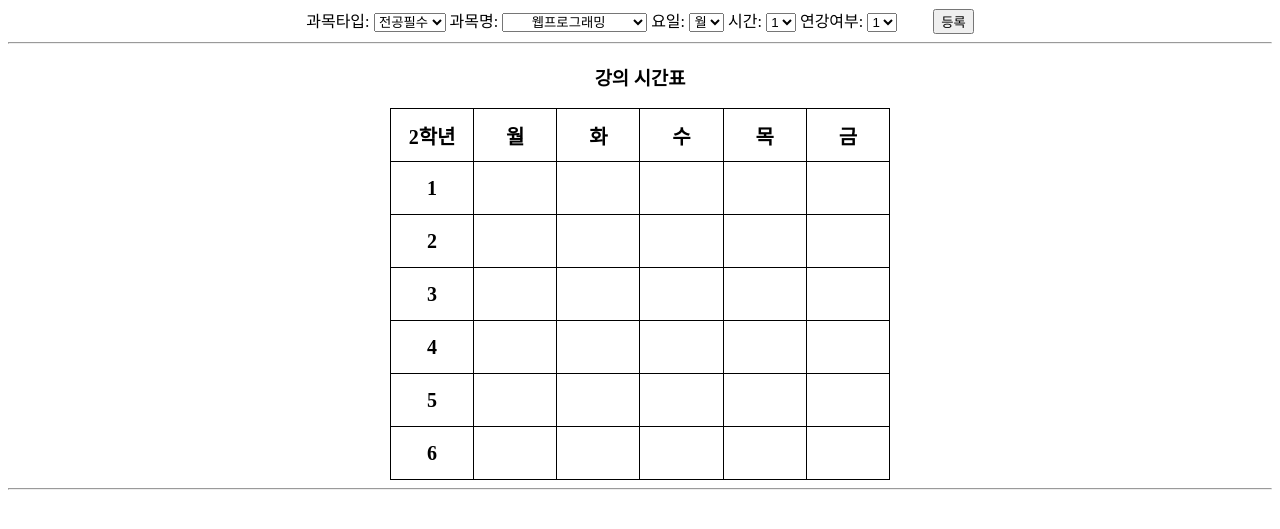
Repository: leecrossun/web-practice-javascript-2019
Page: http://localhost/First_half/Practice47/Practice47.jsp
These files come from the project's save history. The page is drawn as it stood at one moment and after the next save; the edit follows.
The browser window is 1280 px wide. The pictures show the whole page.
The page is served by Tomcat 9. Other server files are loaded and not shown.

Above is the page before, as saved 2019-12-12 06:07:25.

### JSP/First_half/WebContent/Practice47/Practice47.jsp
<!--문헌정보학과 20170581 이효선
         웹브라우저 : 크롬 -->
<%@ page language="java" contentType="text/html; charset=UTF-8"
    pageEncoding="UTF-8" import="jspbook.pr47.*" %>
<% request.setCharacterEncoding("UTF-8"); %>
<%@ page import="java.util.*" %>
<jsp:useBean id="bean" class="jspbook.pr47.LectureBean"/>
<jsp:useBean id="manager" class="jspbook.pr47.LectureManager" scope="session"/>
<jsp:setProperty property="*" name="bean"/>

<!DOCTYPE html>
<html>
<head>
<meta charset="UTF-8">
<title>시간표 작성</title>
<style>
	* {
		text-align: center;
	}
table{
	border-collapse:collapse;
	width:60%;
	height:100px;
	text-align:center;
}
table, td, th{
	border:solid 1px;
	width:500px;
	height:50px;
	font-size:13px;
}
#major {
	background-color: #ffe082;
}
#major_select {
	background-color: #b2ccff;
}
#refinement {
	background-color: #bdbdbd;
}
</style>
</head>
<body>
<form action="Practice47.jsp" method="post">
<%
String[] typeNames = {"전공필수", "전공선택", "교양", "자유선택"};
String[] titleNames = {"웹프로그래밍","운영체제","소프트웨어프로그래밍","데이터베이스개론","자료구조","네트워크","창의와감성","사회봉사"};
String[] days = {"월","화","수","목","금","토"};

int i;
out.println("과목타입: <select name=\"type\">");
for (i=0;i<typeNames.length;i++)
	out.println("<option value="+i+">"+typeNames[i]+"</option>");
out.println("</select>");

out.println("과목명: <select name=\"title\">");
for (i=0;i<titleNames.length;i++)
	out.println("<option value="+i+">"+titleNames[i]+"</option>");
out.println("</select>");

out.println("요일: <select name=\"day\">");
for (i=0;i<days.length;i++)
	out.println("<option value="+i+">"+days[i]+"</option>");
out.println("</select>");

out.println("시간: <select name=\"time\">");
for (i=1;i<7;i++)
	out.println("<option value="+i+">"+i+"</option>");
out.println("</select>");

out.println("연강여부: <select name=\"consecutive\">");
for (i=1;i<7;i++)
	out.println("<option value="+i+">"+i+"</option>");
out.println("</select>");
%>
&nbsp;&nbsp;&nbsp;&nbsp;&nbsp;&nbsp;&nbsp;
<input type="submit" value="등록">
<hr>
</form>
<%
// 파라미터 값 받기

String type = request.getParameter("type");
String title = request.getParameter("title");
String day = request.getParameter("day");
String time = request.getParameter("time");
String consecutives = request.getParameter("consecutive");

if (type != null && title != null && day != null && time != null && consecutives != null)
{
	manager.add(bean);
	manager.buildMatrix();
}

System.out.println("typeMatrix");
LectureManager.printMatrix(manager.getTypeMatrix());
System.out.println("titleMatrix");
LectureManager.printMatrix(manager.getTitleMatrix());
System.out.println("spanMatrix");
LectureManager.printMatrix(manager.getSpanMatrix());
%>
<%
int[][] lectureType = manager.getTypeMatrix();
int[][] consecutive = manager.getSpanMatrix();manager.getTitleMatrix();
int[][] lectureTitle = manager.getTitleMatrix();
%>
<div align=center><h3>강의 시간표</h3>
<table align="center">
<%
out.println("<tr><th style='font-size:20px; font-weight:bold'>2학년</th>");
for(i=0; i<days.length-1; i++)
	out.println("<th style='font-size:20px; font-weight:bold'>"+days[i]+"</th>");
out.println("</tr>");

for(i=0; i<6; i++)
{
	out.println("<tr><td style='font-size:20px; font-weight:bold'>");
	out.print(i+1 + "</td>");
	for(int j=0; j<5; j++)
	{
		switch(lectureType[i][j])
		{
		case 1:
			out.print("<td id=major");
			break;
		case 2:
			out.print("<td id=major_select");
			break;
		case 3:
			out.print("<td id=refinement");
			break;
		default:
			out.print("<td");
		}
		if(consecutive[i][j]==1)
		{
			out.println(">");
		}
		else if(consecutive[i][j] != 0)
		{
			out.println(" rowspan='" + consecutive[i][j] + "'>");
		}
		if(lectureTitle[i][j]==-1)
		{
			out.println("&nbsp;");
		}
		else
		{
			out.println(titleNames[lectureTitle[i][j]]);
		}
		out.println("</td>");
	}
	out.println("</tr>");
}
%>
</table>
</div>
<hr>
<div align="center" >
<%
for (LectureBean value : manager.getLectureList())
{
%>
	<%= value.toString() %>
<%
	out.println("<br>");
}
%>
</div>
</body>
</html>

### JSP/First_half/src/jspbook/pr47/LectureBean.java
package jspbook.pr47;

public class LectureBean {
	static final String[] typeNames = {"전공필수", "전공선택", "교양", "자유선택"};
	static final String[] titleNames = {"웹프로그래밍","운영체제","소프트웨어프로그래밍","데이터베이스개론","자료구조","네트워크","창의와감성","사회봉사"};
	static final String[] days = {"월","화","수","목","금","토"};

	private int type, title, day, time, consecutive;

	public LectureBean() {
		this.type = -1;
		this.title = -1;
		this.day = -1;
		this.time = -1;
		this.consecutive = -1;
	}

	//toString
	public String toString()
	{
		return typeNames[type] + "/" + titleNames[title] + "/" + days[day] + "/" + time + "/" + consecutive;
	}

	// getter setter
	public int getType() {
		return type;
	}

	public void setType(int type) {
		this.type = type;
	}

	public int getTitle() {
		return title;
	}

	public void setTitle(int title) {
		this.title = title;
	}

	public int getDay() {
		return day;
	}

	public void setDay(int day) {
		this.day = day;
	}

	public int getTime() {
		return time;
	}

	public void setTime(int time) {
		this.time = time;
	}

	public int getConsecutive() {
		return consecutive;
	}

	public void setConsecutive(int consecutive) {
		this.consecutive = consecutive;
	}

	public static String[] getTypenames() {
		return typeNames;
	}

	public static String[] getTitlenames() {
		return titleNames;
	}

	public static String[] getDays() {
		return days;
	}

}

### JSP/First_half/src/jspbook/pr47/LectureManager.java
package jspbook.pr47;
import java.util.*;
public class LectureManager {
	private static final int times = 6;
	private static final int days = 5;
	private int[][] typeMatrix = new int[times][days];
	private int[][] titleMatrix = {
			{-1,-1,-1,-1,-1},
			{-1,-1,-1,-1,-1},
			{-1,-1,-1,-1,-1},
			{-1,-1,-1,-1,-1},
			{-1,-1,-1,-1,-1},
			{-1,-1,-1,-1,-1}

	};
	private int[][] spanMatrix = {
			{1,1,1,1,1},
			{1,1,1,1,1},
			{1,1,1,1,1},
			{1,1,1,1,1},
			{1,1,1,1,1},
			{1,1,1,1,1}
	};

	public int[][] getTypeMatrix() {
		return typeMatrix;
	}

	public void setTypeMatrix(int[][] typeMatrix) {
		this.typeMatrix = typeMatrix;
	}

	public int[][] getTitleMatrix() {
		return titleMatrix;
	}

	public void setTitleMatrix(int[][] titleMatrix) {
		this.titleMatrix = titleMatrix;
	}

	public int[][] getSpanMatrix() {
		return spanMatrix;
	}

	public void setSpanMatrix(int[][] spanMatrix) {
		this.spanMatrix = spanMatrix;
	}
	ArrayList<LectureBean> lecturelist = new ArrayList<LectureBean>();

	public List<LectureBean> getLectureList()
	{
		return lecturelist;
	}

	public void add(LectureBean lbean)
	{
		lecturelist.add(lbean);
	}

	public void buildMatrix()
	{
		for (int i = 0; i < lecturelist.size(); i++)
		{
				typeMatrix[getLectureList().get(i).getTime()-1][getLectureList().get(i).getDay()] = getLectureList().get(i).getType()+1;
				titleMatrix[getLectureList().get(i).getTime()-1][getLectureList().get(i).getDay()] = getLectureList().get(i).getTitle();
				spanMatrix[getLectureList().get(i).getTime()-1][getLectureList().get(i).getDay()] = getLectureList().get(i).getConsecutive();
				if (getLectureList().get(i).getConsecutive()!=1)
				{
					int j = 1;
					while (j < getLectureList().get(i).getConsecutive())
					{
						spanMatrix[getLectureList().get(i).getTime()-1+j][getLectureList().get(i).getDay()] = 0;
						j++;
					}
				}
		}
	}
	public static void printMatrix(int[][] matrix)
	{
		for (int i = 0; i < times; i++)
		{
			for (int j = 0; j < days; j++)
			{
				System.out.print(matrix[i][j] + " ");
			}
			System.out.println("");
		}
	}
}

After the next save:
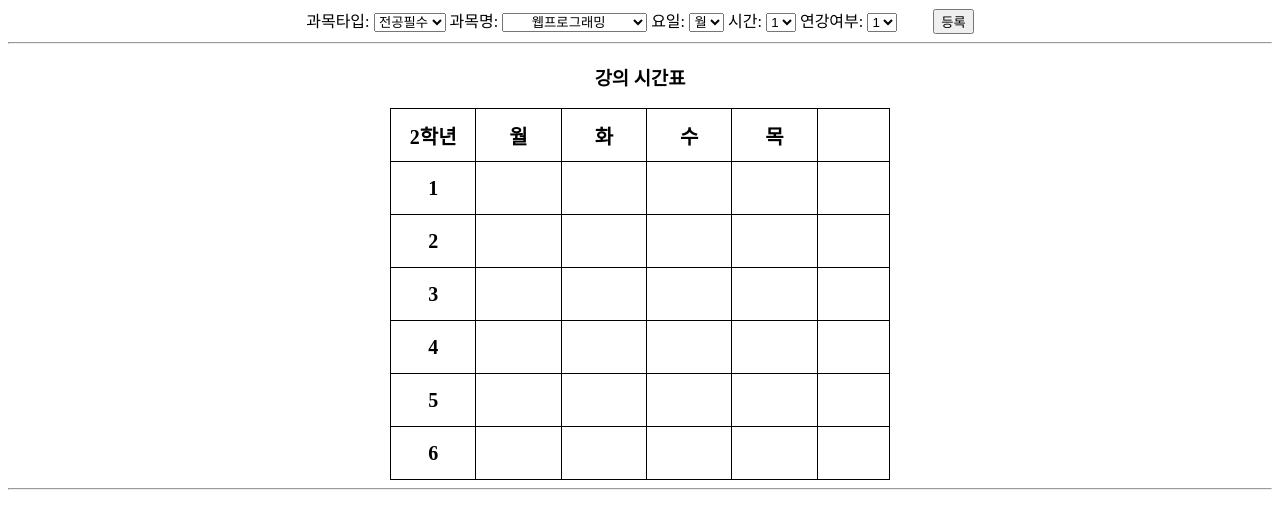
Saved 2 min 8 s later.
--- a/JSP/First_half/WebContent/Practice47/Practice47.jsp
+++ b/JSP/First_half/WebContent/Practice47/Practice47.jsp
@@ -45,7 +45,7 @@ table, td, th{
 <%
 String[] typeNames = {"전공필수", "전공선택", "교양", "자유선택"};
 String[] titleNames = {"웹프로그래밍","운영체제","소프트웨어프로그래밍","데이터베이스개론","자료구조","네트워크","창의와감성","사회봉사"};
-String[] days = {"월","화","수","목","금","토"};
+String[] days = {"월","화","수","목","금"};
 
 int i;
 out.println("과목타입: <select name=\"type\">");
